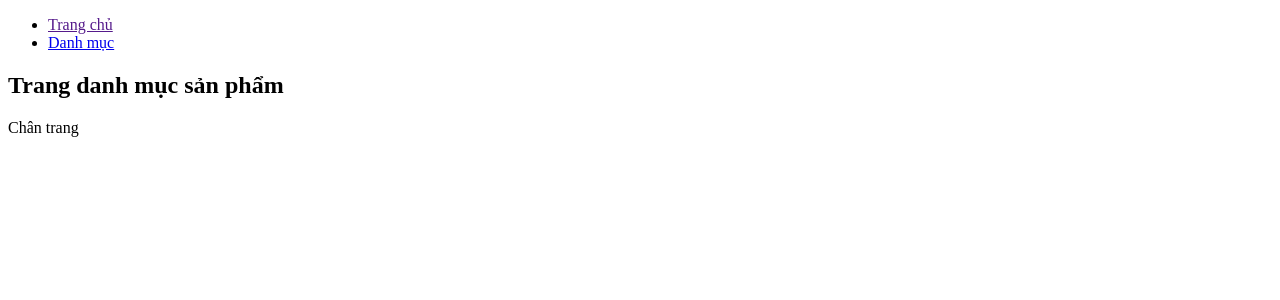
Repository: Leduc20/Website-Shopping-Clothes-Men-master
Page: http://localhost/webbanhang/site/index.php?danh-muc
An editor plug-in stored every save of this project. The page is shown before and after the next save, followed by the edit.
The browser window is 1280 px wide. The pictures show the whole page.
The page is run by PHP 8.4 with error messages shown; the project is at /var/www/html/.

Above is the page before, as saved 2022-11-14 17:50:13.

### site/index.php
<?php
    require_once '../global.php';
    require_once '../model/pdo.php';

    if(isset($_GET['chi-tiet'])){
        $VIEW_NAME = 'chi-tiet.php';
    }
    elseif(isset($_GET['danh-muc'])){
        $VIEW_NAME = 'danh-muc.php';
    }else{
        $VIEW_NAME = 'trang-chu.php';
    }

    include_once './layout.php';
?>

### global.php
<?php

function dd(){
    echo "<pre>";
    $args = func_get_args();
    var_dump($args);
    die;
}


const BASE_URL = "http://localhost/WEBBANHANG/";
const SITE_URL = BASE_URL . "site/index.php";
const ADMIN_BASE = BASE_URL . 'admin/';


?>

### model/pdo.php
<?php
const DBNAME = "mvc";
const DBUSER = "root";
const DBPASS = "";
const DBCHARSET = "utf8";
const DBHOST = "127.0.0.1";

// tạo kết nối từ project php sang mysql
function getConnect(){
    $connect = new PDO("mysql:host=" . DBHOST
                        . ";dbname=" . DBNAME
                        . ";charset=" . DBCHARSET,
                        DBUSER,
                        DBPASS
            );
    return $connect;
}



function pdo_query_all($query){
    // select * from users where email = ? or role_id = ?

    $args = func_get_args();
    $args = array_slice($args, 1);

    $conn = getConnect();

    $stmt = $conn->prepare($query);
    $stmt->execute($args);
    $data = $stmt->fetchAll();
    if(count($data) > 0){
        return $data;
    }

    return [];

}


function pdo_query_one($query){
    // select * from users where email = ? or role_id = ?

    $args = func_get_args();
    $args = array_slice($args, 1);

    $conn = getConnect();

    $stmt = $conn->prepare($query);
    $stmt->execute($args);
    $data = $stmt->fetch();
    if(count($data) > 0){
        return $data;
    }
    return null;

}


function pdo_execute_get_id($query){

    $args = func_get_args();
    $args = array_slice($args, 1);

    $conn = getConnect();

    $stmt = $conn->prepare($query);
    $stmt->execute($args);
    $lastId =  $conn->lastInsertId();
    return $lastId;
}


function pdo_execute($query){

    $args = func_get_args();
    $args = array_slice($args, 1);

    $conn = getConnect();

    $stmt = $conn->prepare($query);
    $stmt->execute($args);

}
?>

### site/layout.php
<!DOCTYPE html>
<html lang="en">
<head>
    <meta charset="UTF-8">
    <meta http-equiv="X-UA-Compatible" content="IE=edge">
    <meta name="viewport" content="width=device-width, initial-scale=1.0">
    <title>layout</title>
</head>
<body>
    <nav>
        <ul>
            <li>
                <a href="">Trang chủ</a>
            </li>
            <li>
                <a href="<?= SITE_URL . "?danh-muc"?>">Danh mục</a>
            </li>
        </ul>
    </nav>
    <main>
        <?php include_once $VIEW_NAME ?>
    </main>

    <footer>
        Chân trang
    </footer>
</body>
</html>

### site/danh-muc.php
<h2>Trang danh mục sản phẩm</h2>

After the next save:
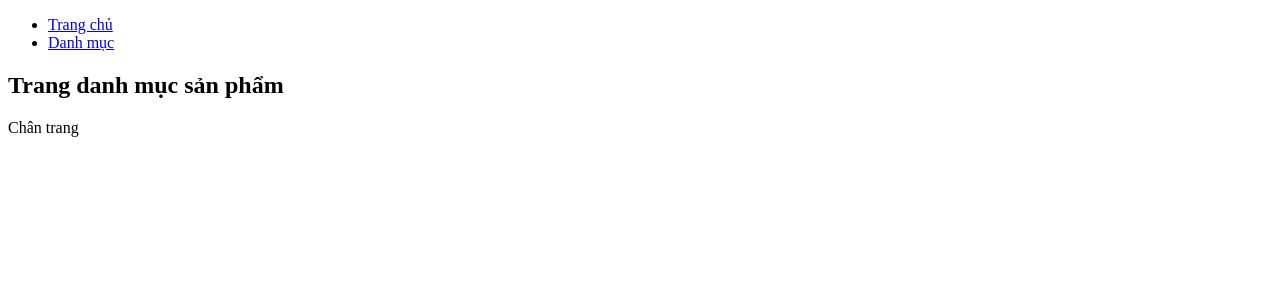
Saved 56 s later.
--- a/site/layout.php
+++ b/site/layout.php
@@ -10,7 +10,7 @@
     <nav>
         <ul>
             <li>
-                <a href="">Trang chủ</a>
+                <a href="<?= SITE_URL . "?danh-muc"?>">Trang chủ</a>
             </li>
             <li>
                 <a href="<?= SITE_URL . "?danh-muc"?>">Danh mục</a>
